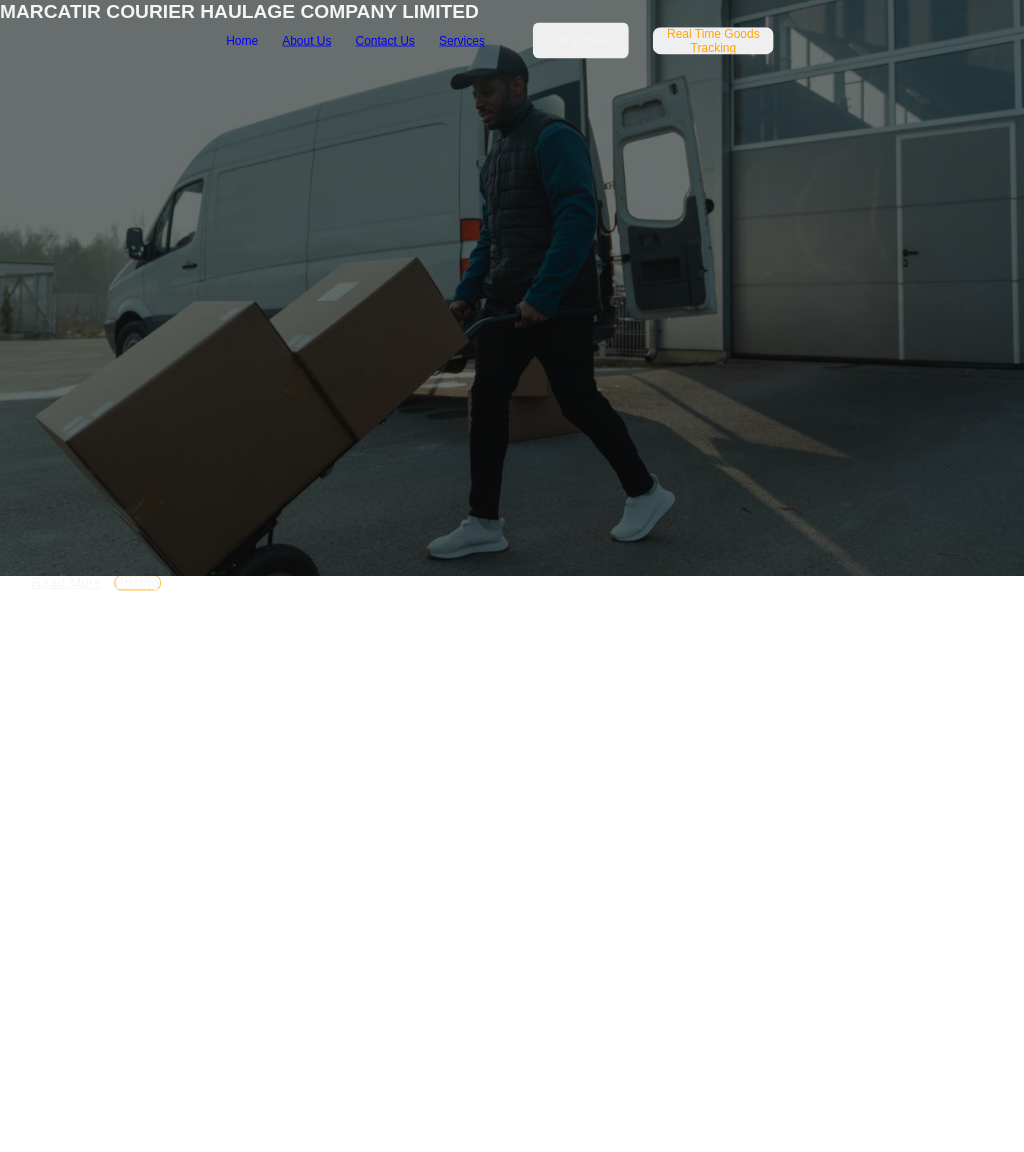
Repository: YagahAi/MARCATIR
Page: INDEX.HTML
An editor plug-in stored every save of this project. The page is shown before and after a run of saves, followed by the edit.
The browser window is 1280 px wide. The pictures show the whole page, at 80% of full size.

Above is the page before, as saved 2023-09-15 02:29:14.

After the next 2 saves:
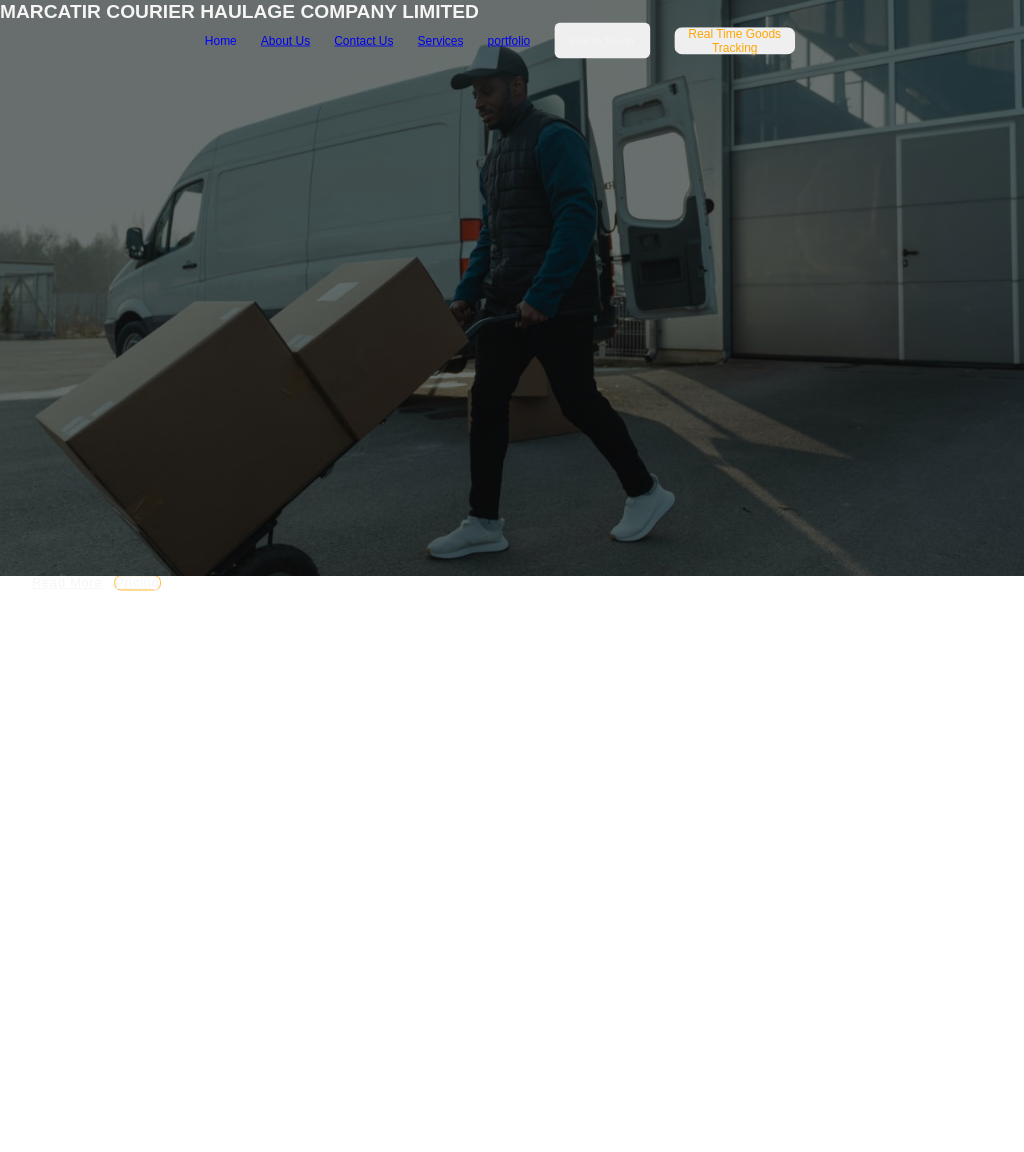
The 2 saves are shown as one change because they came seconds apart.
The last was saved 10 s later.
--- a/INDEX.HTML
+++ b/INDEX.HTML
@@ -15,7 +15,7 @@
                 <li><a href="/aboutus.html">About Us</a></li>
                 <li><a href="/contactus.html">Contact Us</a></li>
                 <li><a href="services.html">Services</a></li>
-                <li><a href="portfolio.html"></a></li>
+                <li><a href="portfolio.html">portfolio</a></li>
                 <li><a href="/form.html" target="_blank"><button class="btn">Get In Touch</button></a></li>
                 <li><button class="btn2">Real Time Goods Tracking</button></li>
 
